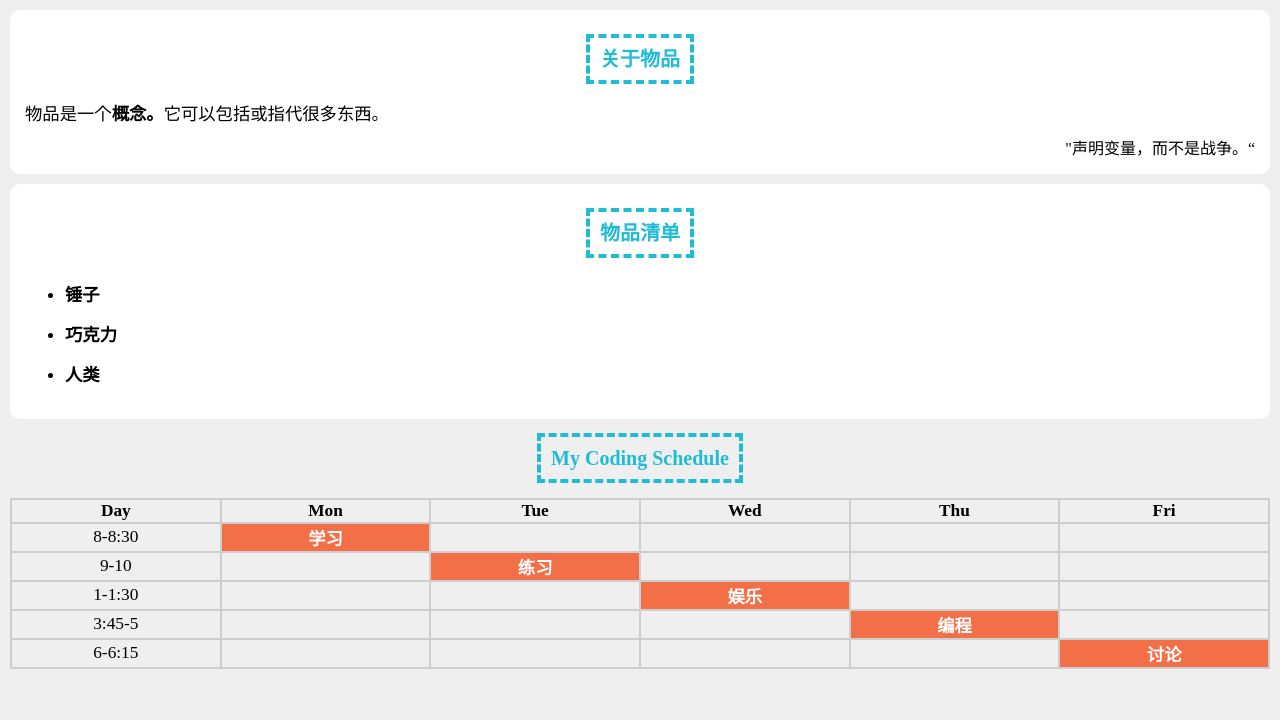
Repository: Yeyuehuke/Webstudy-Feidian
Page: 01-HTMLlearning/02-HTMLBasics/12-BlogProjectMySchedule.html
An editor plug-in stored every save of this project. The page is shown before and after a run of saves, followed by the edit.
The browser window is 1280 px wide. The pictures show the whole page.

Above is the page before, as saved 2020-05-17 15:15:33.

After the next 5 saves:
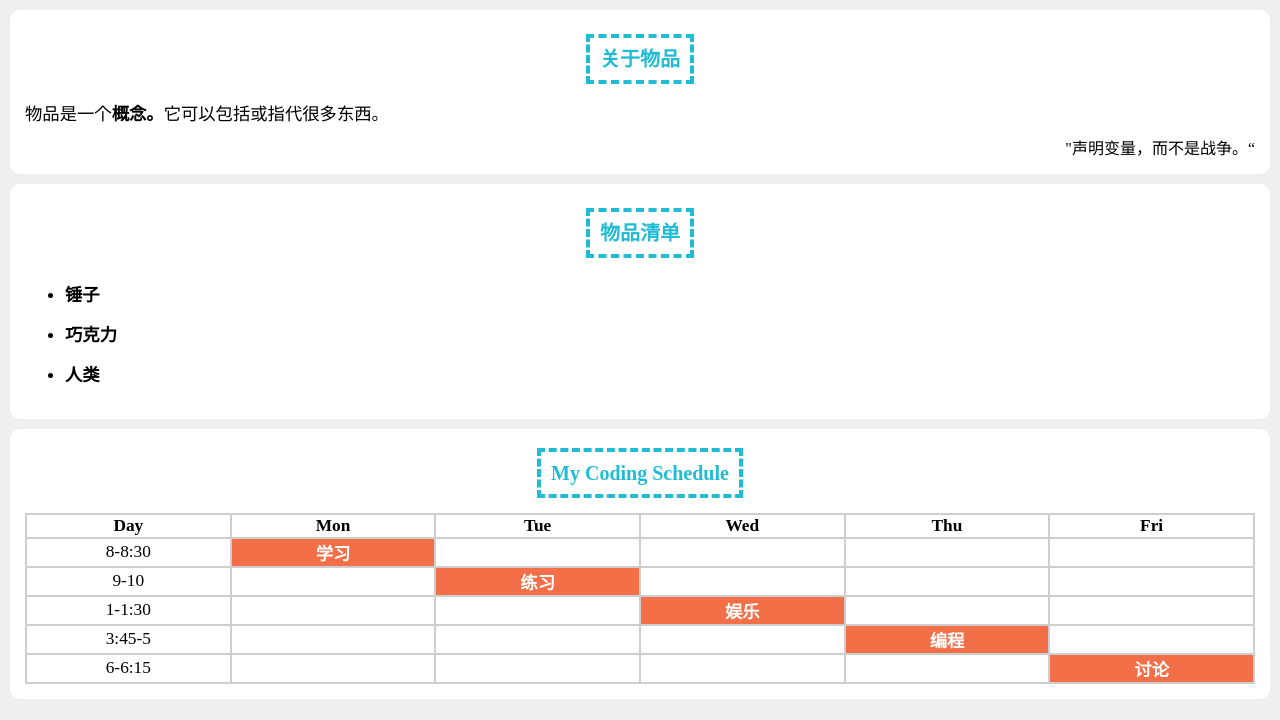
The 5 saves are shown as one change because they came seconds apart.
The last was saved 36 s later.
--- a/01-HTMLlearning/02-HTMLBasics/12-BlogProjectMySchedule.html
+++ b/01-HTMLlearning/02-HTMLBasics/12-BlogProjectMySchedule.html
@@ -19,7 +19,7 @@
                 <li>人类</li>
             </ul>
         </div>
-        <div>
+        <div class="section">
             <h1><span>My Coding Schedule</span></h1>
             <table>
             <tr>
